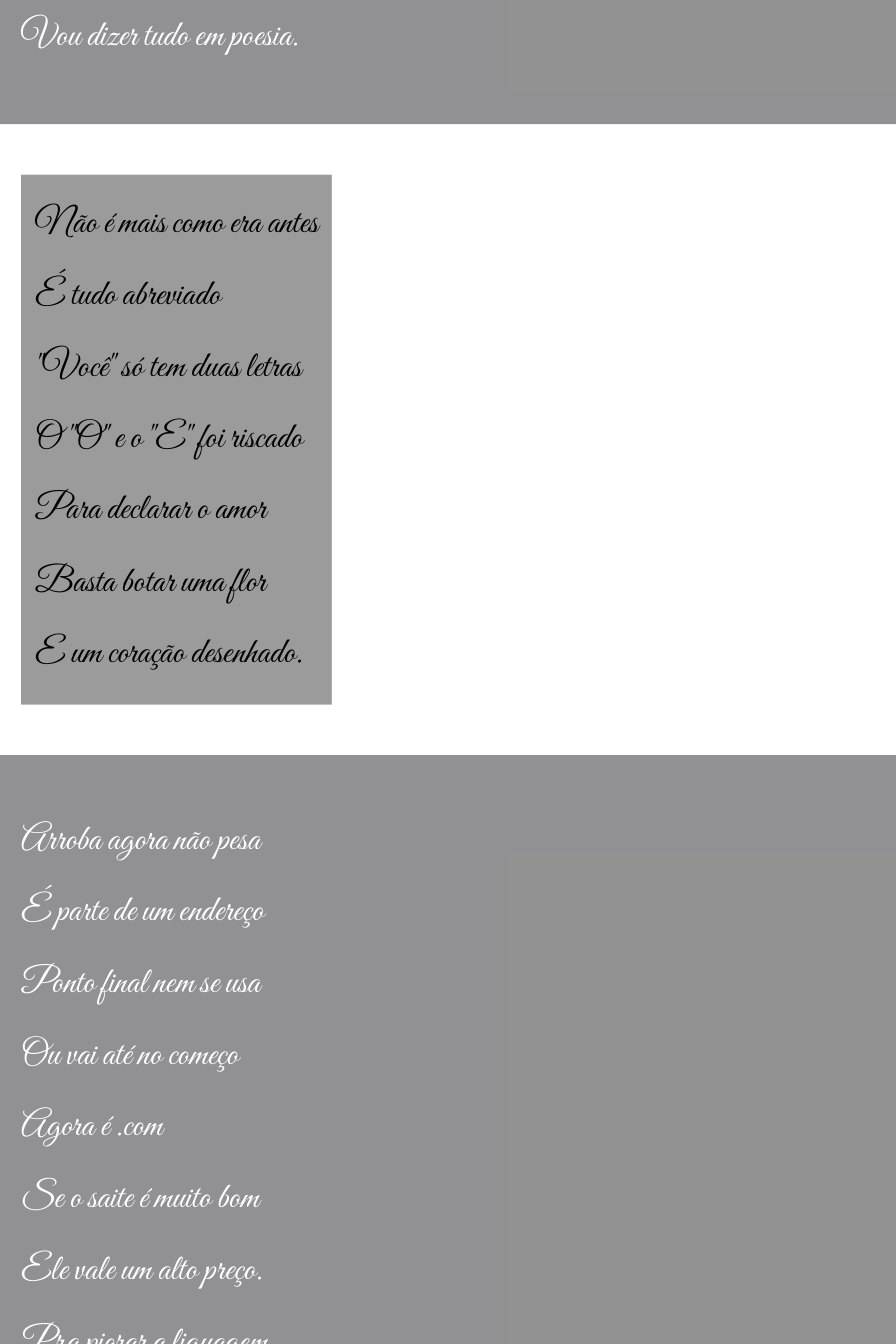
Repository: Lucianorodriguesdev/cursoHTML-CSS
Page: dasafios/index.html
The author's editor kept a copy of each file at every save. The page is drawn from the files as they stood at one save, then again after the next save.
The browser window is 1280 px wide. The pictures show the part of the page from y = 961 to 2881 px (the page is 6135 px tall), at 70% of full size.
Some web fonts or font styles are not loaded; a fallback is used.

Above is the page before, as saved 2026-06-17 10:04:35.

### dasafios/index.html
<!DOCTYPE html>
<html lang="pt-br">
<head>
    <meta charset="UTF-8">
    <meta name="viewport" content="width=device-width, initial-scale=1.0">
    <title>Cordel Moderno</title>
    <link rel="stylesheet" href="estilo/style.css">
</head>
<body>
    <header>
        <h1>Cordel Moderno</h1>
        <p>Por <a href="https://www.recantodasletras.com.br/poesias/3186743" target="_blank">Milton Duarte</a></p>

    </header>
    <section class="normal">
        <p>
            Estou ficando cansado<br>
            Da tal tecnologia<br>
            Só se fala por e-mail<br>
            Mensagem curta e fria<br>
            Twitter e Facebook<br>
            Antes que eu caduque<br>
            Vou dizer tudo em poesia.
        </p>
    </section>



    <section class="imagem">
        <p>
            Não é mais como era antes<br>
            É tudo abreviado<br>
            "Você" só tem duas letras<br>
            O "O" e o "E" foi riscado<br>
            Para declarar o amor<br>
            Basta botar uma flor<br>
            E um coração desenhado.
        </p>
    </section>



    <section class="normal">
        <p>
            Arroba agora não pesa<br>
            É parte de um endereço<br>
            Ponto final nem se usa<br>
            Ou vai até no começo<br>
            Agora é .com<br>
            Se o saite é muito bom<br>
            Ele vale um alto preço.
        </p>

        <p>
            Pra piorar a liguagem<br>
            O emoticom é um risco<br>
            Tem símbolo para tudo<br>
            Ponto e vírgula e um asterisco<br>
            Um beijo significa<br>
            Pra entender como fica<br>
            Decifre esse rabisco.
        </p>
    </section>



    <section class="imagem">
        <p>
            Tenho saudade das cartas<br>
            Escritas com a própria mão<br>
            Mandava no mês de Junho<br>
            Só chegava no Verão<br>
            Mas matava a saudade<br>
            Era texto de verdade<br>
            Nas linhas do coração.
        </p>
    </section>



    <section class="normal">
        <p>
            Agora, escrevo e envio<br>
            Chegando na mesma hora<br>
            Mas quando vou prosear<br>
            A pessoa foi embora<br>
            Abriu outro aplicativo<br>
            O mundo ficou cativo<br>
            Da tecnologia do agora.
        </p>

        <p>
            Felizmente, pra orar<br>
            Não precisa de internet<br>
            Deus escuta todo mundo<br>
            Se quiser, faça esse teste<br>
            Dois pontos são dois joelhos<br>
            Seus lábios são aparelhos<br>
            Deixe que Deus interprete.
        </p>
    </section>
    <footer>
        <p>Site criado por <a href="https://github.com/Lucianorodriguesdev" target="_blank">Luciano Rodrigues</a> para o <a href="www.cursoemvideo.com" target="_blank">curso em video</a></p>
    </footer>

</body>
</html>

### dasafios/estilo/style.css
@charset_"UTF-8";
@import url('https://fonts.googleapis.com/css2?family=Passion+One:wght@400;700;900&display=swap');
@import url('https://fonts.googleapis.com/css2?family=Great+Vibes&display=swap');
:root{
    --fonte1: Verdana, Geneva, Tahoma, sans-serif;
    --fonte2: "Passion One", sans-serif;
    --fonte3: "Great Vibes", cursive;
}

*{
    margin: 0px;
    padding: 0px;

}
body{
    min-height: 100vh;
    background-color: aliceblue;
    font-family: var(--fonte1);
}
header{
    background-color: black;
    font-size: 4vw;
    text-align: center;
}
header> h1{
    color: white;
    padding-top: 50px;
    font-variant: small-caps;
    font-family: var(--fonte2);

}
header>p{
    padding-bottom: 50px;
    color: white;
}
section{
    padding-bottom: 10vh;
    padding-top: 10vh;
    line-height: 2em;
    padding-left: 30px;
    font-family: var(--fonte3);
    font-size: 4vw;
}
section.normal{
    background-color: rgba(123, 121, 121, 0.803);
    color: white;
}
section.imagem{

    background-color: white;
    color: black;
}
section.imagem>p{
    display:inline-block;
    background-color: rgba(0, 0, 0, 0.392);
    padding: 20px;
}
header a, footer a{
    color:white;
    text-decoration: none;
    font-weight: bolder;
}
header a:hover, footer a:hover{
    text-decoration: underline;
}
footer{
    background-color: black;
    text-align: center;
    color:white;
    padding: 10px;

}

After the next save:
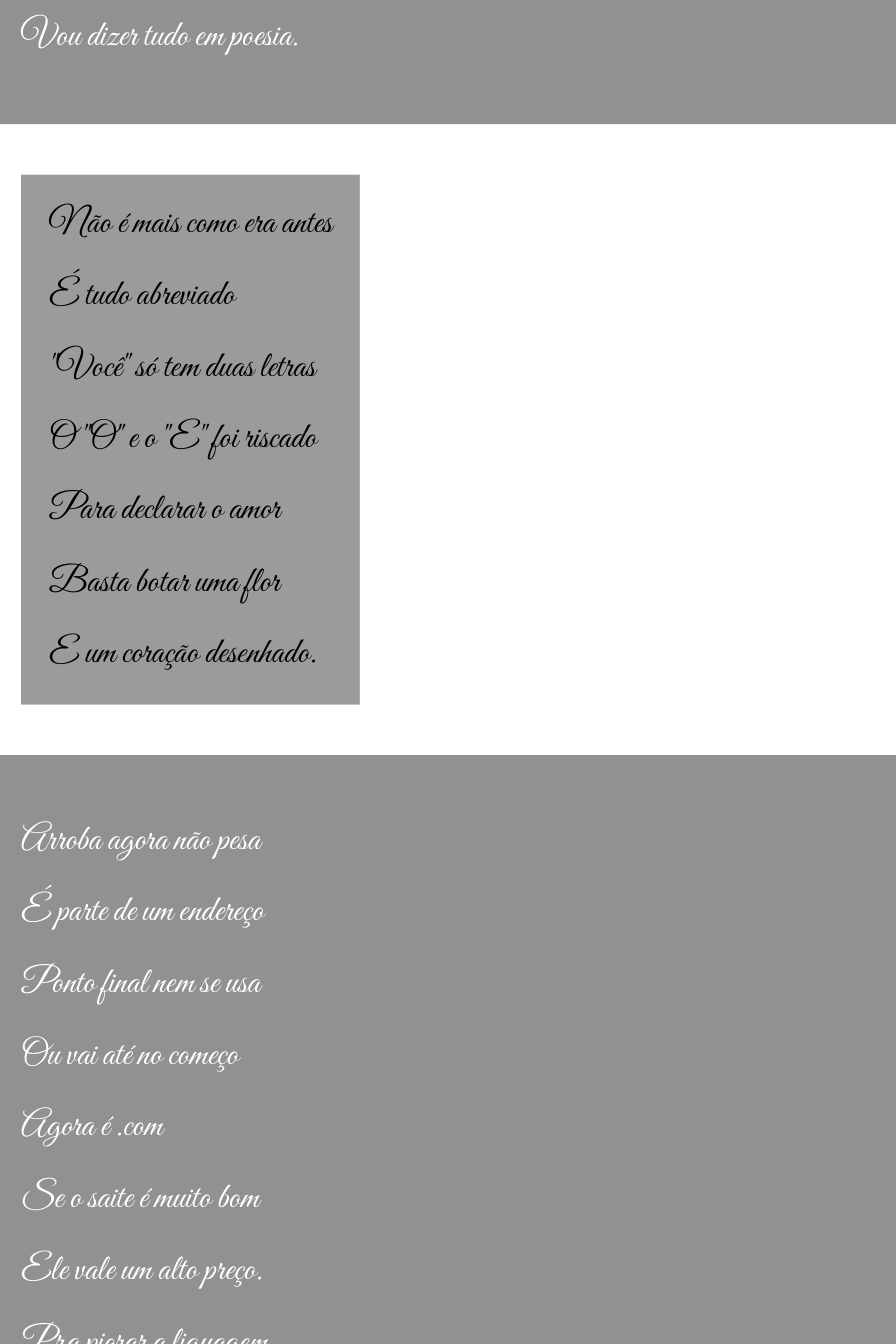
Saved 44 s later.
--- a/dasafios/estilo/style.css
+++ b/dasafios/estilo/style.css
@@ -54,6 +54,8 @@ section.imagem>p{
     display:inline-block;
     background-color: rgba(0, 0, 0, 0.392);
     padding: 20px;
+    padding-left: 40px;
+    padding-right: 40px;
 }
 header a, footer a{
     color:white;
